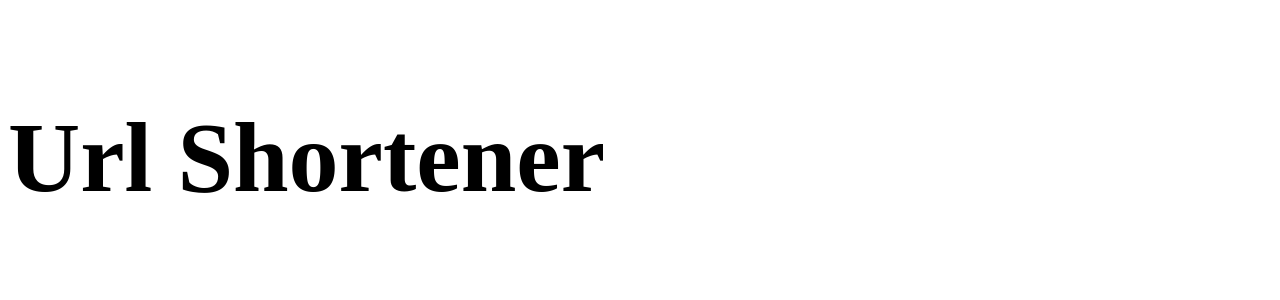
Repository: Mohitkumar1322/URL-Shortner
Page: http://localhost/test
The author's editor kept a copy of each file at every save. The page is drawn from the files as they stood at one save, then again after the next save.
The browser window is 1280 px wide. The pictures show the whole page.
The page is served by the project's Node server (index.js). Queries for data that is not in the repository find no rows.

Above is the page before, as saved 2024-07-14 20:47:00.

After the next save:
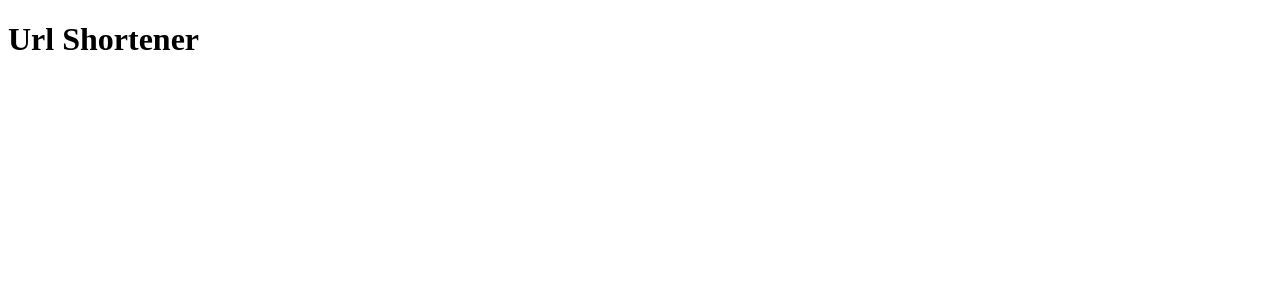
Saved 6 s later.
--- a/views/home.ejs
+++ b/views/home.ejs
@@ -4,9 +4,7 @@
     <style>
         body{
             font-family: 'Segoe UI', Tahoma, Geneva, Verdana, sans-serif,
-            text-align: center;
-            margin-top: 100px;
-            font-size: 50px;
+
         }
     </style>
     <meta charset="UTF-8">
